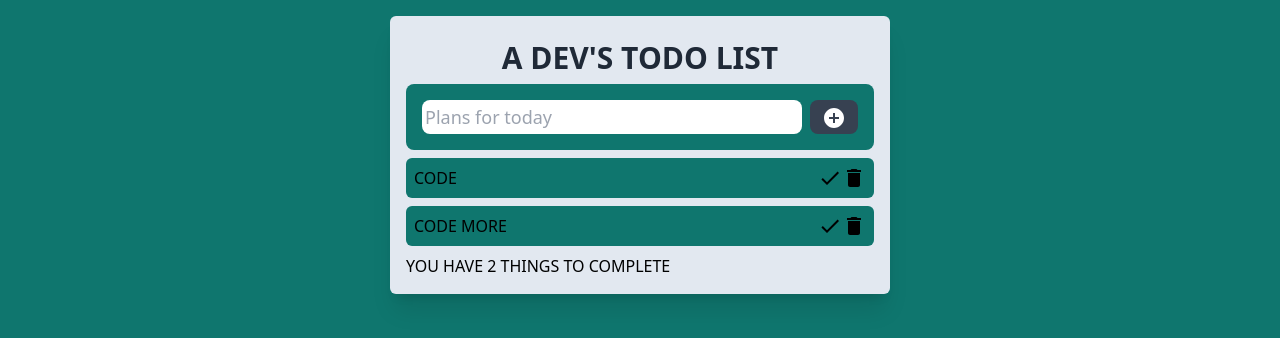
Repository: DevAntonioRogers/React-Todo-CRUD-App
Page: /
These files come from the project's save history. The page is drawn as it stood at one moment and after the next save; the edit follows.
The browser window is 1280 px wide. The pictures show the whole page.
The project was rebuilt for these pictures with package versions that can differ from the ones it lists, and the page was loaded fresh each time. Also part of the build but not shown: vite.config.ts.

Above is the page before, as saved 2023-05-14 19:54:56.

### src/App.tsx
import Form from "./components/Form";

import { useState } from "react";
import Todo from "./components/Todo";

const App = () => {
  const [todo, setTodo] = useState(["code", "code more"]);

  return (
    <div className="h-screen w-screen p-4 bg-teal-700">
      <div className="bg-slate-200 max-w-[500px] w-full m-auto rounded-md shadow-xl p-4">
        <h1 className="text-3xl font-bold text-center text-gray-800 p-2">A DEV'S TODO LIST</h1>
        <Form />
        <ul>
          {todo.map((todos, index) => (
            <Todo key={index} todos={todos} />
          ))}
        </ul>
        <p>YOU HAVE 2 THINGS TO COMPLETE</p>
      </div>
    </div>
  );
};

export default App;

### src/components/Form.tsx
import AddCircleIcon from "@mui/icons-material/AddCircle";

const Form = () => {
  return (
    <form className="flex justify-between bg-teal-700 p-4 rounded-lg items-center">
      <input className="w-full text-lg rounded-lg p-[3px]" type="text" placeholder="Plans for today" />
      <button className="ml-2 p-1 bg-gray-700 px-3 rounded-lg text-white">
        <AddCircleIcon />
      </button>
    </form>
  );
};

export default Form;

### src/components/Todo.tsx
import CheckIcon from "@mui/icons-material/Check";
import DeleteIcon from "@mui/icons-material/Delete";

interface TodoProps {
  todos: string;
}

const Todo = ({ todos }: TodoProps) => {
  return (
    <li className="p-2 bg-teal-700 my-2 rounded-md uppercase">
      <div className="flex items-center justify-between">
        <p>{todos}</p>
        <div className="flex ">
          <CheckIcon />
          <DeleteIcon />
        </div>
      </div>
    </li>
  );
};

export default Todo;

Loaded but not shown: index.html (common file); src/main.tsx (common file); src/index.css (common file); tailwind.config.js (common file)

After the next save:
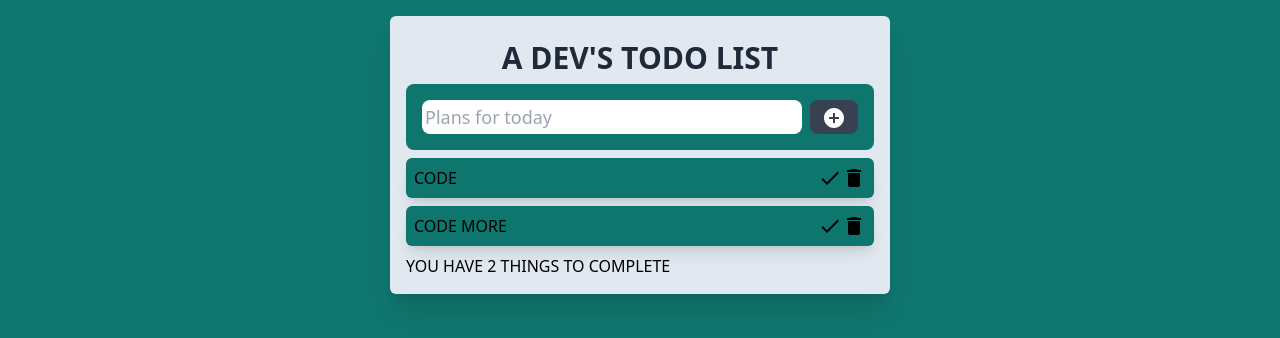
Saved 14 s later.
--- a/src/components/Todo.tsx
+++ b/src/components/Todo.tsx
@@ -7,7 +7,7 @@
 
 const Todo = ({ todos }: TodoProps) => {
   return (
-    <li className="p-2 bg-teal-700 my-2 rounded-md uppercase">
+    <li className="p-2 bg-teal-700 my-2 rounded-md uppercase shadow-lg">
       <div className="flex items-center justify-between">
         <p>{todos}</p>
         <div className="flex ">

After the 2 saves that followed:
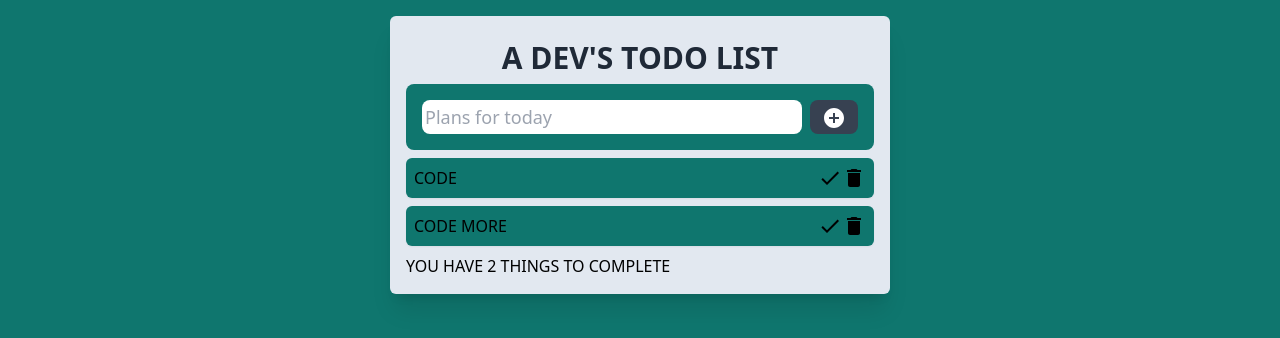
The 2 saves are shown as one change because they came seconds apart.
The last was saved 8 s later.
--- a/src/components/Todo.tsx
+++ b/src/components/Todo.tsx
@@ -7,7 +7,7 @@
 
 const Todo = ({ todos }: TodoProps) => {
   return (
-    <li className="p-2 bg-teal-700 my-2 rounded-md uppercase shadow-lg">
+    <li className="p-2 bg-teal-700 my-2 rounded-md uppercase shadow-sm">
       <div className="flex items-center justify-between">
         <p>{todos}</p>
         <div className="flex ">
